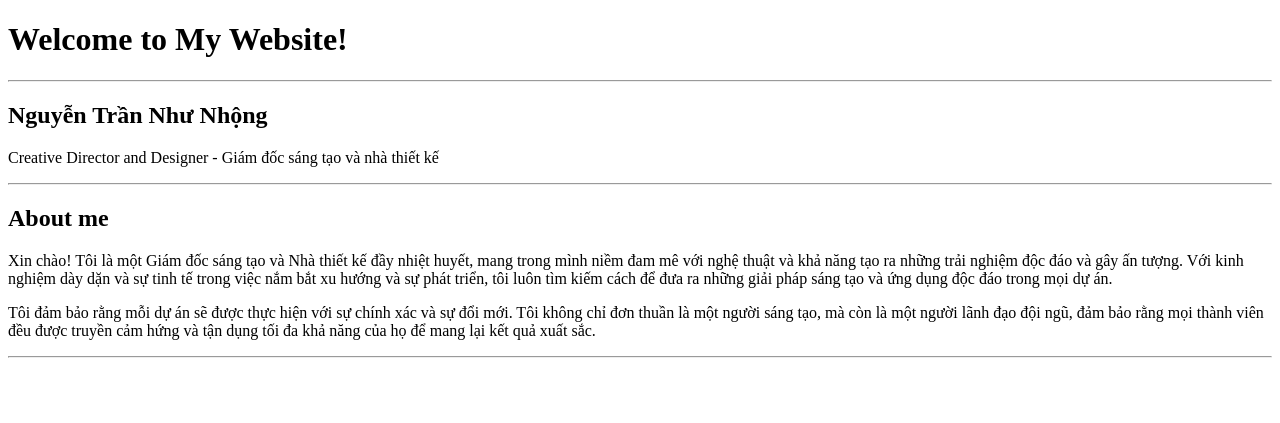
Repository: bachphamudu/index-ontap1
Page: index.html
The author's editor kept a copy of each file at every save. The page is drawn from the files as they stood at one save, then again after the next save.
The browser window is 1280 px wide. The pictures show the whole page.

Above is the page before, as saved 2026-10-15 23:01:02.

After the next save:
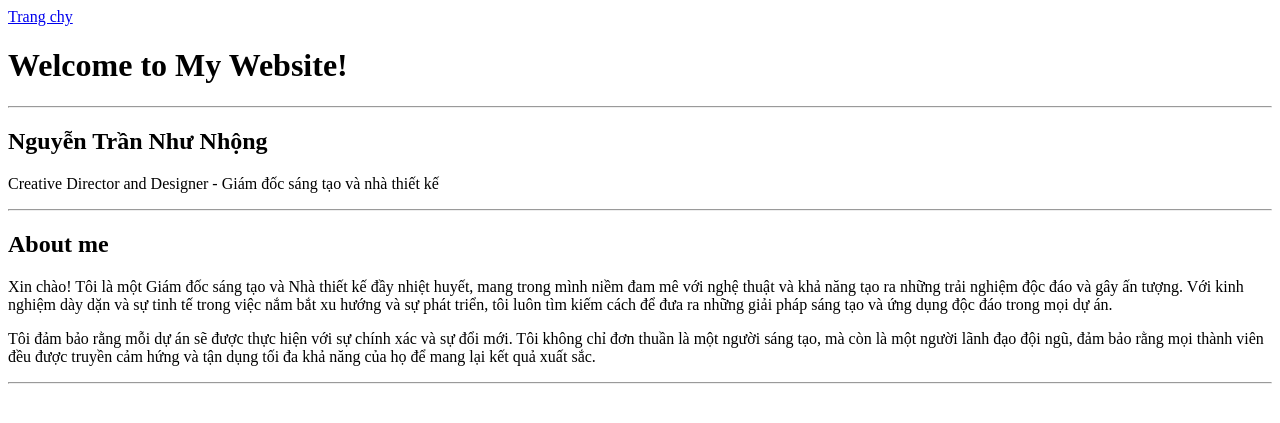
Saved 9 s later.
--- a/index.html
+++ b/index.html
@@ -11,7 +11,7 @@
 <body>
     <!-- Thêm các link điều hướng -->
     <!-- 1. Điều hướng về trang chủ -->
-    <a href="/"></a>
+    <a href="/">Trang chy</a>
     <!-- 2. Điều hướng đến contact.html -->
 
     <!-- 3. Điều hướng đến my-skill.html -->
